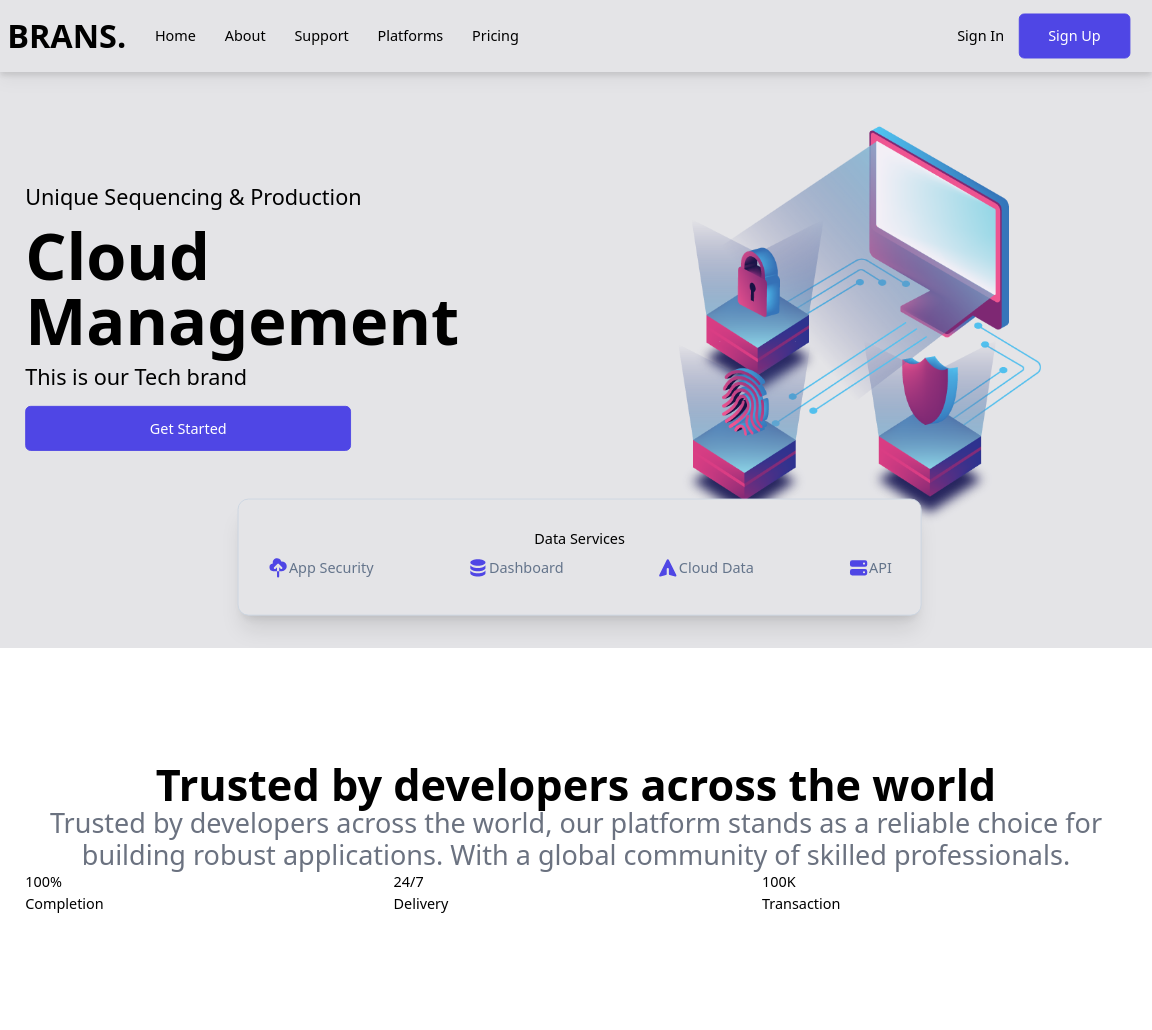
Repository: adrcstro/react-project-2
Page: /
The author's editor kept a copy of each file at every save. The page is drawn from the files as they stood at one save, then again after the next save.
The browser window is 1280 px wide. The pictures show the whole page, at 90% of full size.
The project was rebuilt for these pictures with package versions that can differ from the ones it lists, and the page was loaded fresh each time.

Above is the page before, as saved 2024-08-15 19:39:24.

After the next save:
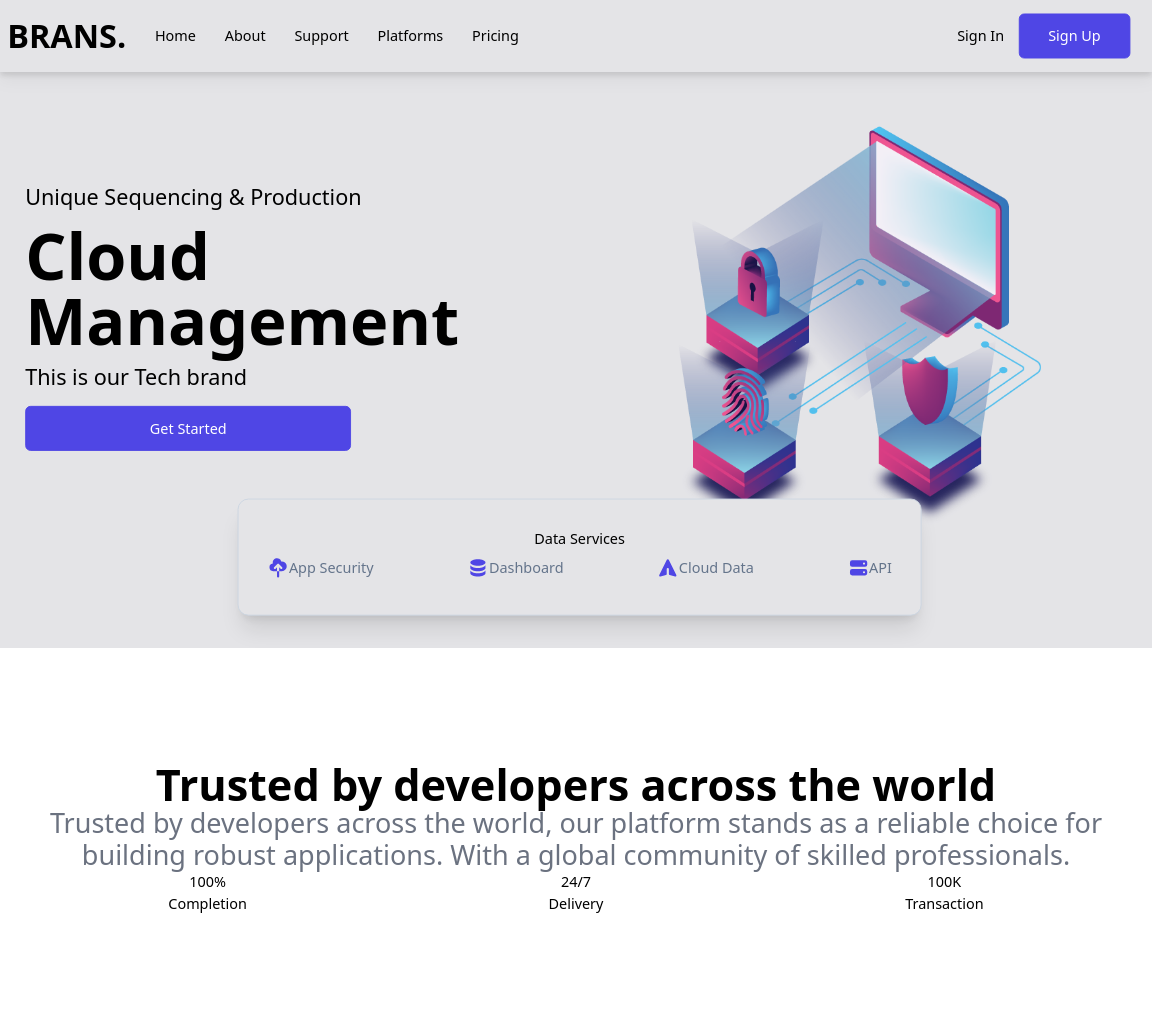
Saved 32 s later.
--- a/src/components/About.jsx
+++ b/src/components/About.jsx
@@ -10,7 +10,7 @@ function About() {
              applications. With a global community of skilled professionals.</p>
           </div>
 
-          <div className='grid md:grid-cols-3 gap-1  px-2'>
+          <div className='grid md:grid-cols-3 gap-1 px-2 text-center'>
              <div>
               <p>100%</p>
               <p>Completion</p>
